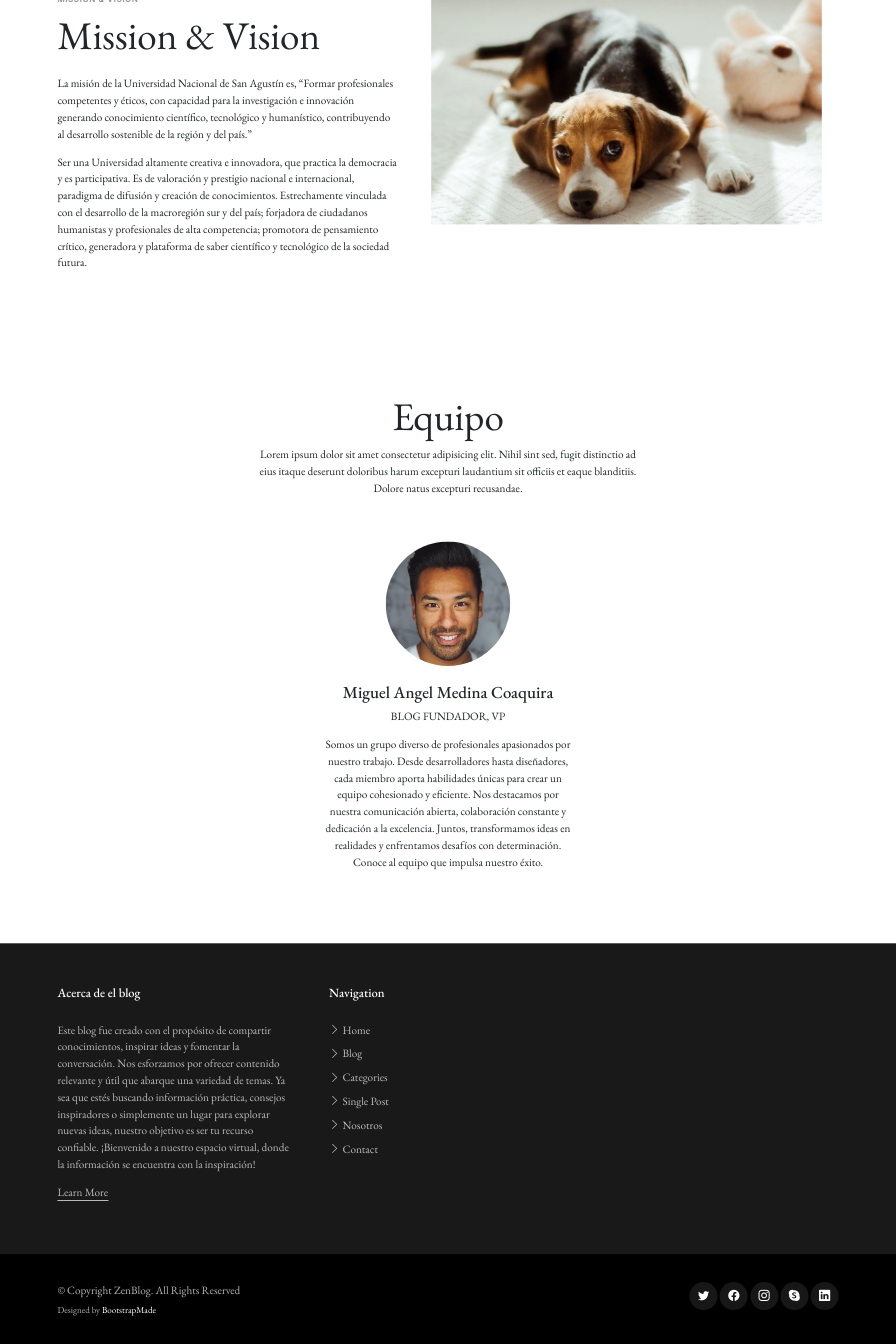
Repository: MiguelDev5/blog-miguel
Page: about.html
The author's editor kept a copy of each file at every save. The page is drawn from the files as they stood at one save, then again after the next save.
The browser window is 1280 px wide. The pictures show the part of the page from y = 772 to 2692 px (the page is 2692 px tall before and 2630 px after), at 70% of full size.
Some web fonts or font styles are not loaded; a fallback is used.

Above is the page before, as saved 2024-01-01 04:26:39.

### about.html
<!DOCTYPE html>
<html lang="en">

<head>
  <meta charset="utf-8">
  <meta content="width=device-width, initial-scale=1.0" name="viewport">

  <title>Blog Miguel - Nosotros</title>
  <meta content="" name="description">
  <meta content="" name="keywords">

  <!-- Favicons -->
  <link href="assets/img/favicon.png" rel="icon">
  <link href="assets/img/apple-touch-icon.png" rel="apple-touch-icon">

  <!-- Google Fonts -->
  <link rel="preconnect" href="https://fonts.googleapis.com">
  <link rel="preconnect" href="https://fonts.gstatic.com" crossorigin>
  <link href="https://fonts.googleapis.com/css2?family=EB+Garamond:wght@400;500&family=Inter:wght@400;500&family=Playfair+Display:ital,wght@0,400;0,700;1,400;1,700&display=swap" rel="stylesheet">

  <!-- Vendor CSS Files -->
  <link href="assets/vendor/bootstrap/css/bootstrap.min.css" rel="stylesheet">
  <link href="assets/vendor/bootstrap-icons/bootstrap-icons.css" rel="stylesheet">
  <link href="assets/vendor/swiper/swiper-bundle.min.css" rel="stylesheet">
  <link href="assets/vendor/glightbox/css/glightbox.min.css" rel="stylesheet">
  <link href="assets/vendor/aos/aos.css" rel="stylesheet">

  <!-- Template Main CSS Files -->
  <link href="assets/css/variables.css" rel="stylesheet">
  <link href="assets/css/main.css" rel="stylesheet">

</head>

<body>

  <!-- ======= Header ======= -->
  <header id="header" class="header d-flex align-items-center fixed-top">
    <div class="container-fluid container-xl d-flex align-items-center justify-content-between">

      <a href="index.html" class="logo d-flex align-items-center">
        <!-- Uncomment the line below if you also wish to use an image logo -->
        <!-- <img src="assets/img/logo.png" alt=""> -->
        <h1>Blog de tecnología</h1>
      </a>

      <nav id="navbar" class="navbar">
        <ul>
          <li><a href="index.html">Blog</a></li>
          <li><a href="single-post.html">Single Post</a></li>
          <li class="dropdown"><a href="category.html"><span>Categories</span> <i class="bi bi-chevron-down dropdown-indicator"></i></a>
            <ul>
              <li><a href="search-result.html">Search Result</a></li>
              <li><a href="#">Drop Down 1</a></li>
              <li class="dropdown"><a href="#"><span>Deep Drop Down</span> <i class="bi bi-chevron-down dropdown-indicator"></i></a>
                <ul>
                  <li><a href="#">Deep Drop Down 1</a></li>
                  <li><a href="#">Deep Drop Down 2</a></li>
                  <li><a href="#">Deep Drop Down 3</a></li>
                  <li><a href="#">Deep Drop Down 4</a></li>
                  <li><a href="#">Deep Drop Down 5</a></li>
                </ul>
              </li>
              <li><a href="#">Drop Down 2</a></li>
              <li><a href="#">Drop Down 3</a></li>
              <li><a href="#">Drop Down 4</a></li>
            </ul>
          </li>

          <li><a href="about.html">About</a></li>
          <li><a href="contact.html">Contact</a></li>
        </ul>
      </nav><!-- .navbar -->

      <div class="position-relative">
        <a href="#" class="mx-2"><span class="bi-facebook"></span></a>
        <a href="#" class="mx-2"><span class="bi-twitter"></span></a>
        <a href="#" class="mx-2"><span class="bi-instagram"></span></a>

        <a href="#" class="mx-2 js-search-open"><span class="bi-search"></span></a>
        <i class="bi bi-list mobile-nav-toggle"></i>

        <!-- ======= Search Form ======= -->
        <div class="search-form-wrap js-search-form-wrap">
          <form action="search-result.html" class="search-form">
            <span class="icon bi-search"></span>
            <input type="text" placeholder="Search" class="form-control">
            <button class="btn js-search-close"><span class="bi-x"></span></button>
          </form>
        </div><!-- End Search Form -->

      </div>

    </div>

  </header><!-- End Header -->

  <main id="main">
    <section>
      <div class="container" data-aos="fade-up">
        <div class="row">
          <div class="col-lg-12 text-center mb-5">
            <h1 class="page-title">Nosotros</h1>
          </div>
        </div>

        <div class="row mb-5">

          <div class="d-md-flex post-entry-2 half">
            <a href="#" class="me-4 thumbnail">
              <img src="assets/img/unsa001.jpg" alt="" class="img-fluid">
            </a>
            <div class="ps-md-5 mt-4 mt-md-0">
              <div class="post-meta mt-4">Nosotros</div>
              <h2 class="mb-4 display-4">UNSA</h2>

              <p>La Universidad Nacional de San Agustín de Arequipa es una Institución de Educación Superior Universitaria de carácter pública. A lo largo de 188 años ha desarrollado en sus integrantes una formación humanista, ética, científica y tecnológica con clara conciencia de nuestro país como realidad multicultural.</p>
              <p>¿Porqué estudiar Ingeniería de Sistemas?
                Es la carrera del presente y el futuro
                La gestión de la información es el recurso más importante de cualquier organización
                El campo de acción laboral es muy amplio
                Si tu decisión es ser empleado, los índices de empleo en el sector TIC son muy altos
                Si tu decisión es formar empresa, tu mercado es a nivel mundial.</p>
            </div>
          </div>

          <div class="d-md-flex post-entry-2 half mt-5">
            <a href="#" class="me-4 thumbnail order-2">
              <img src="assets/img/post-landscape-1.jpg" alt="" class="img-fluid">
            </a>
            <div class="pe-md-5 mt-4 mt-md-0">
              <div class="post-meta mt-4">Mission &amp; Vision</div>
              <h2 class="mb-4 display-4">Mission &amp; Vision</h2>

              <p>La misión de la Universidad Nacional de San Agustín es, “Formar profesionales competentes y éticos, con capacidad para la investigación e innovación generando conocimiento científico, tecnológico y humanístico, contribuyendo al desarrollo sostenible de la región y del país.”</p>
              <p>Ser una Universidad altamente creativa e innovadora, que practica la democracia y es participativa. Es de valoración y prestigio nacional e internacional, paradigma de difusión y creación de conocimientos. Estrechamente vinculada con el desarrollo de la macroregión sur y del país; forjadora de ciudadanos humanistas y profesionales de alta competencia; promotora de pensamiento crítico, generadora y plataforma de saber científico y tecnológico de la sociedad futura.</p>
            </div>
          </div>

        </div>

      </div>
    </section>

    <section>
      <div class="container" data-aos="fade-up">
        <div class="row">
          <div class="col-12 text-center mb-5">
            <div class="row justify-content-center">
              <div class="col-lg-6">
                <h2 class="display-4">Equipo</h2>
                <p>Lorem ipsum dolor sit amet consectetur adipisicing elit. Nihil sint sed, fugit distinctio ad eius itaque deserunt doloribus harum excepturi laudantium sit officiis et eaque blanditiis. Dolore natus excepturi recusandae.</p>
              </div>
            </div>
          </div>
          <div class="col-lg-4 text-center mb-5">

          </div>
          <div class="col-lg-4 text-center mb-5">
            <img src="assets/img/person-2.jpg" alt="" class="img-fluid rounded-circle w-50 mb-4">
            <h4>Miguel Angel Medina Coaquira</h4>
            <span class="d-block mb-3 text-uppercase">Blog fundador, VP</span>
            <p>Somos un grupo diverso de profesionales apasionados por nuestro trabajo. Desde desarrolladores hasta diseñadores, cada miembro aporta habilidades únicas para crear un equipo cohesionado y eficiente. Nos destacamos por nuestra comunicación abierta, colaboración constante y dedicación a la excelencia. Juntos, transformamos ideas en realidades y enfrentamos desafíos con determinación. Conoce al equipo que impulsa nuestro éxito.</p>
          </div>
        </div>
      </div>
    </section>

  </main><!-- End #main -->

  <!-- ======= Footer ======= -->
  <footer id="footer" class="footer">

    <div class="footer-content">
      <div class="container">

        <div class="row g-5">
          <div class="col-lg-4">
            <h3 class="footer-heading">Acerca de el blog</h3>
            <p>Este blog fue creado con el propósito de compartir conocimientos, inspirar ideas y fomentar la conversación. Nos esforzamos por ofrecer contenido relevante y útil que abarque una variedad de temas. Ya sea que estés buscando información práctica, consejos inspiradores o simplemente un lugar para explorar nuevas ideas, nuestro objetivo es ser tu recurso confiable. ¡Bienvenido a nuestro espacio virtual, donde la información se encuentra con la inspiración!</p>
            <p><a href="about.html" class="footer-link-more">Learn More</a></p>
          </div>
          <div class="col-6 col-lg-2">
            <h3 class="footer-heading">Navigation</h3>
            <ul class="footer-links list-unstyled">
              <li><a href="index.html"><i class="bi bi-chevron-right"></i> Home</a></li>
              <li><a href="index.html"><i class="bi bi-chevron-right"></i> Blog</a></li>
              <li><a href="category.html"><i class="bi bi-chevron-right"></i> Categories</a></li>
              <li><a href="single-post.html"><i class="bi bi-chevron-right"></i> Single Post</a></li>
              <li><a href="about.html"><i class="bi bi-chevron-right"></i> Nosotros</a></li>
              <li><a href="contact.html"><i class="bi bi-chevron-right"></i> Contact</a></li>
            </ul>
          </div>



        </div>
      </div>
    </div>

    <div class="footer-legal">
      <div class="container">

        <div class="row justify-content-between">
          <div class="col-md-6 text-center text-md-start mb-3 mb-md-0">
            <div class="copyright">
              © Copyright <strong><span>ZenBlog</span></strong>. All Rights Reserved
            </div>

            <div class="credits">
              <!-- All the links in the footer should remain intact. -->
              <!-- You can delete the links only if you purchased the pro version. -->
              <!-- Licensing information: https://bootstrapmade.com/license/ -->
              <!-- Purchase the pro version with working PHP/AJAX contact form: https://bootstrapmade.com/herobiz-bootstrap-business-template/ -->
              Designed by <a href="https://bootstrapmade.com/">BootstrapMade</a>
            </div>

          </div>

          <div class="col-md-6">
            <div class="social-links mb-3 mb-lg-0 text-center text-md-end">
              <a href="#" class="twitter"><i class="bi bi-twitter"></i></a>
              <a href="#" class="facebook"><i class="bi bi-facebook"></i></a>
              <a href="#" class="instagram"><i class="bi bi-instagram"></i></a>
              <a href="#" class="google-plus"><i class="bi bi-skype"></i></a>
              <a href="#" class="linkedin"><i class="bi bi-linkedin"></i></a>
            </div>

          </div>

        </div>

      </div>
    </div>

  </footer>

  <a href="#" class="scroll-top d-flex align-items-center justify-content-center"><i class="bi bi-arrow-up-short"></i></a>

  <!-- Vendor JS Files -->
  <script src="assets/vendor/bootstrap/js/bootstrap.bundle.min.js"></script>
  <script src="assets/vendor/swiper/swiper-bundle.min.js"></script>
  <script src="assets/vendor/glightbox/js/glightbox.min.js"></script>
  <script src="assets/vendor/aos/aos.js"></script>
  <script src="assets/vendor/php-email-form/validate.js"></script>

  <!-- Template Main JS File -->
  <script src="assets/js/main.js"></script>

</body>

</html>

### assets/css/variables.css
/**
* Template Name: ZenBlog
* File: variables.css
* Description: Easily customize colors, typography, and other repetitive properties used in the template main stylesheet file main.css
*
* Template URL: https://bootstrapmade.com/zenblog-bootstrap-blog-template/
* Author: BootstrapMade.com
* License: https://bootstrapmade.com/license/
*
* Contents:
* 1. ZenBlog template variables
* 2. Override default Bootstrap variables
* 3. Set color and background class names
*
* Learn more about CSS variables at https://developer.mozilla.org/en-US/docs/Web/CSS/Using_CSS_custom_properties
*/

/*--------------------------------------------------------------
# 1. ZenBlog template variables
--------------------------------------------------------------*/
:root {

  /* Fonts */
  --font-default: 'EB Garamond', system-ui, -apple-system, "Segoe UI", Roboto, "Helvetica Neue", Arial, "Noto Sans", "Liberation Sans", sans-serif, "Apple Color Emoji", "Segoe UI Emoji", "Segoe UI Symbol", "Noto Color Emoji";
  --font-primary: 'EB Garamond', serif; /*'Playfair Display', serif;*/
  --font-secondary: 'Inter', sans-serif;

  /* Colors */
  /* The *-rgb color names are simply the RGB converted value of the corresponding color for use in the rgba() function */

  /* Default text color */
  --color-default: #212529;
  --color-default-rgb: 33, 37, 41;

  /* Defult links color */
  --color-links: #212529;
  --color-links-hover: #15171a;

  /* Primay colors */
  --color-primary: #212529;
  --color-primary-light: #26282c;
  --color-primary-dark: #0b0c0e;

  --color-primary-rgb: 33, 37, 41;
  --color-primary-light-rgb: 38, 40, 44;
  --color-primary-dark-rgb: 11, 12, 14;

  /* Secondary colors */
  --color-secondary: #596d80;
  --color-secondary-light: #8498aa;
  --color-secondary-dark: #404f5c;

  --color-secondary-rgb: 89, 109, 128;
  --color-secondary-light-rgb: 132, 152, 170;
  --color-secondary-dark-rgb: 64, 79, 92;

  /* General colors */
  --color-blue: #0d6efd;
  --color-blue-rgb: 13, 110, 253;

  --color-indigo: #6610f2;
  --color-indigo-rgb: 102, 16, 242;

  --color-purple: #6f42c1;
  --color-purple-rgb: 111, 66, 193;

  --color-pink: #f3268c;
  --color-pink-rgb: 243, 38, 140;

  --color-red: #df1529;
  --color-red-rgb: 223, 21, 4;

  --color-orange: #fd7e14;
  --color-orange-rgb: 253, 126, 20;

  --color-yellow: #ffc107;
  --color-yellow-rgb: 255, 193, 7;

  --color-green: #059652;
  --color-green-rgb: 5, 150, 82;

  --color-teal: #20c997;
  --color-teal-rgb: 32, 201, 151;

  --color-cyan: #0dcaf0;
  --color-cyan-rgb: 13, 202, 240;

  --color-white: #ffffff;
  --color-white-rgb: 255, 255, 255;

  --color-gray: #6c757d;
  --color-gray-rgb: 108, 117, 125;

  --color-black: #000000;
  --color-black-rgb: 0, 0, 0;
}

/*--------------------------------------------------------------
# 2. Override default Bootstrap variables
--------------------------------------------------------------*/
:root {
  --bs-blue: var(--color-blue);
  --bs-indigo: var(--color-indigo);
  --bs-purple: var(--color-purple);
  --bs-pink: var(--color-pink);
  --bs-red: var(--color-red);
  --bs-orange: var(--color-orange);
  --bs-yellow: var(--color-yellow);
  --bs-green: var(--color-green);
  --bs-teal: var(--color-teal);
  --bs-cyan: var(--color-cyan);
  --bs-white: var(--color-white);
  --bs-gray: var(--color-gray);
  --bs-gray-dark: #343a40;
  --bs-gray-100: #f8f9fa;
  --bs-gray-200: #e9ecef;
  --bs-gray-300: #dee2e6;
  --bs-gray-400: #ced4da;
  --bs-gray-500: #adb5bd;
  --bs-gray-600: #6c757d;
  --bs-gray-700: #495057;
  --bs-gray-800: #343a40;
  --bs-gray-900: #212529;
  --bs-primary: var(--color-blue);
  --bs-secondary: var(--color-blue);
  --bs-success: #198754;
  --bs-info: #0dcaf0;
  --bs-warning: #ffc107;
  --bs-danger: #dc3545;
  --bs-light: #f8f9fa;
  --bs-dark: #212529;
  --bs-primary-rgb: var(--color-primary-rgb);
  --bs-secondary-rgb: var(--color-secondary-rgb);
  --bs-success-rgb: 25, 135, 84;
  --bs-info-rgb: 13, 202, 240;
  --bs-warning-rgb: 255, 193, 7;
  --bs-danger-rgb: 220, 53, 69;
  --bs-light-rgb: 248, 249, 250;
  --bs-dark-rgb: 33, 37, 41;
  --bs-white-rgb: var(--color-white-rgb);
  --bs-black-rgb: var(--color-black-rgb);
  --bs-body-color-rgb: var(--color-default-rgb);
  --bs-body-bg-rgb: 255, 255, 255;
  --bs-font-sans-serif: var(--font-default);
  --bs-font-monospace: SFMono-Regular, Menlo, Monaco, Consolas, "Liberation Mono", "Courier New", monospace;
  --bs-gradient: linear-gradient(180deg, rgba(255, 255, 255, 0.15), rgba(255, 255, 255, 0));
  --bs-body-font-family: var(--font-default);
  --bs-body-font-size: 1rem;
  --bs-body-font-weight: 400;
  --bs-body-line-height: 1.5;
  --bs-body-color: var(--color-default);
  --bs-body-bg: #fff;
}

/*--------------------------------------------------------------
# 3. Set color and background class names
--------------------------------------------------------------*/
/* Fonts */
.font-default { font-family: var(--font-default) !important; }
.font-primary { font-family: var(--font-primary) !important;}
.font-secondary { font-family: var(--font-secondary) !important; }

/* Text Colors */
.color-default { color: var(--color-default) !important; }
.color-links { color: var(--color-links) !important; }
.color-links:hover { color: var(--color-links-hover) !important; }
.color-primary { color: var(--color-primary) !important; }
.color-primary-light { color: var(--color-primary-light) !important; }
.color-primary-dark { color: var(--color-primary-dark) !important; }
.color-secondary { color: var(--color-secondary) !important; }
.color-secondary-light { color: var(--color-secondary-light) !important; }
.color-secondary-dark { color: var(--color-secondary-dark) !important; }
.color-blue { color: var(--color-blue) !important; }
.color-indigo { color: var(--color-indigo) !important; }
.color-purple { color: var(--color-purple) !important; }
.color-pink { color: var(--color-pink) !important; }
.color-red { color: var(--color-red) !important; }
.color-orange { color: var(--color-orange) !important; }
.color-yellow { color: var(--color-yellow) !important; }
.color-green { color: var(--color-green) !important; }
.color-teal { color: var(--color-teal) !important; }
.color-cyan { color: var(--color-cyan) !important; }
.color-white { color: var(--color-white) !important; }
.color-gray { color: var(--color-gray) !important; }
.color-black { color: var(--color-black) !important; }

/* Background Colors */
.bg-default { background-color: var(--color-default) !important; }
.bg-primary { background-color: var(--color-primary) !important; }
.bg-primary-light { background-color: var(--color-primary-light) !important; }
.bg-primary-dark { background-color: var(--color-primary-dark) !important; }
.bg-secondary { background-color: var(--color-secondary) !important; }
.bg-secondary-light { background-color: var(--color-secondary-light) !important; }
.bg-secondary-dark { background-color: var(--color-secondary-dark) !important; }
.bg-blue { background-color: var(--color-blue) !important; }
.bg-indigo { background-color: var(--color-indigo) !important; }
.bg-purple { background-color: var(--color-purple) !important; }
.bg-pink { background-color: var(--color-pink) !important; }
.bg-red { background-color: var(--color-red) !important; }
.bg-orange { background-color: var(--color-orange) !important; }
.bg-yellow { background-color: var(--color-yellow) !important; }
.bg-green { background-color: var(--color-green) !important; }
.bg-teal { background-color: var(--color-teal) !important; }
.bg-cyan { background-color: var(--color-cyan) !important; }
.bg-white { background-color: var(--color-white) !important; }
.bg-gray { background-color: var(--color-gray) !important; }
.bg-black { background-color: var(--color-black) !important; }

Loaded but not shown: assets/vendor/bootstrap/css/bootstrap.min.css (library); assets/vendor/bootstrap-icons/bootstrap-icons.css (library); assets/vendor/swiper/swiper-bundle.min.css (library); assets/vendor/glightbox/css/glightbox.min.css (library); assets/vendor/aos/aos.css (library); assets/vendor/bootstrap/js/bootstrap.bundle.min.js (library); assets/vendor/swiper/swiper-bundle.min.js (library); assets/vendor/glightbox/js/glightbox.min.js (library); assets/vendor/aos/aos.js (library); assets/vendor/php-email-form/validate.js (common file); assets/js/main.js (154 lines, source omitted); assets/css/main.css (1300 lines, source omitted)

After the next save:
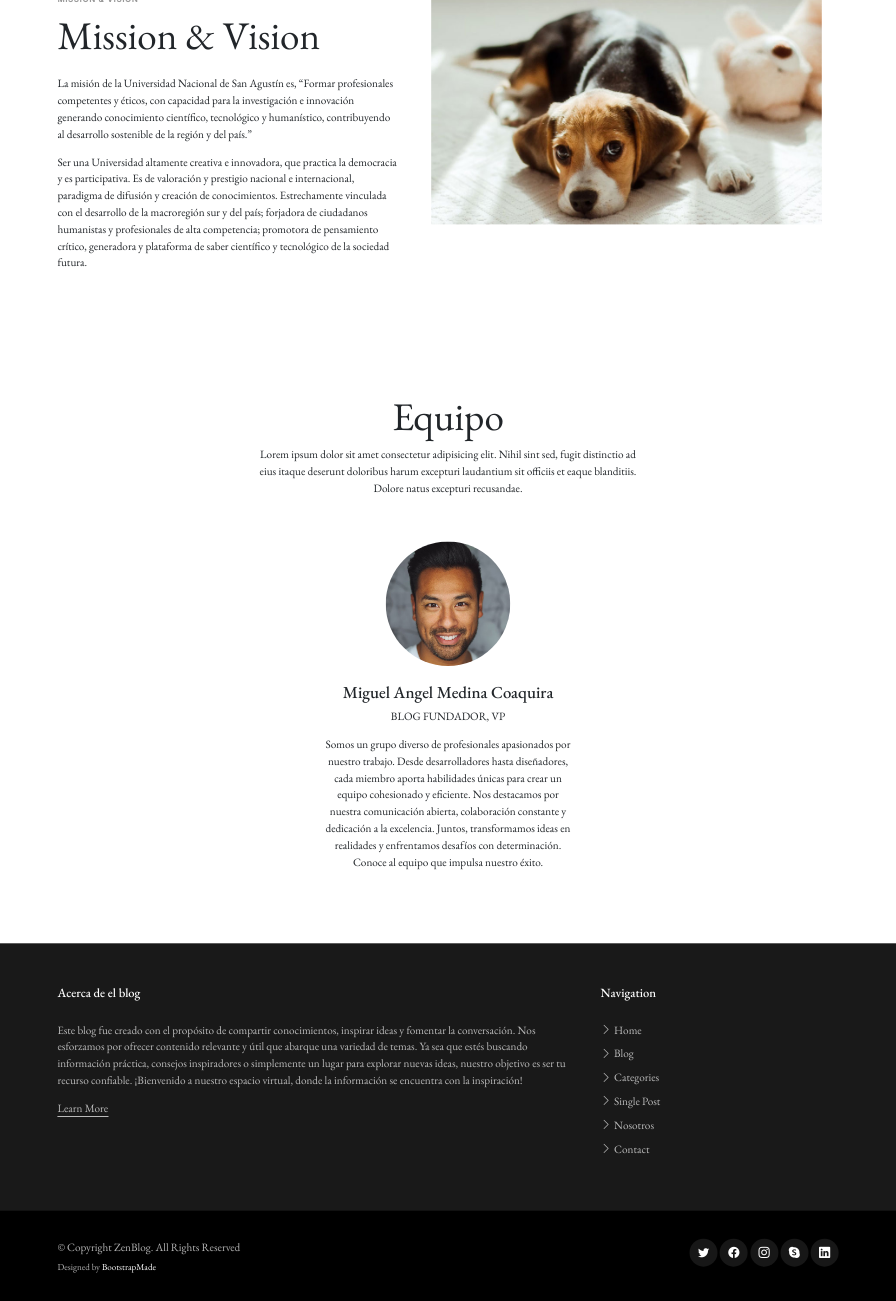
Saved 26 s later.
--- a/about.html
+++ b/about.html
@@ -174,7 +174,7 @@
       <div class="container">
 
         <div class="row g-5">
-          <div class="col-lg-4">
+          <div class="col-lg-8">
             <h3 class="footer-heading">Acerca de el blog</h3>
             <p>Este blog fue creado con el propósito de compartir conocimientos, inspirar ideas y fomentar la conversación. Nos esforzamos por ofrecer contenido relevante y útil que abarque una variedad de temas. Ya sea que estés buscando información práctica, consejos inspiradores o simplemente un lugar para explorar nuevas ideas, nuestro objetivo es ser tu recurso confiable. ¡Bienvenido a nuestro espacio virtual, donde la información se encuentra con la inspiración!</p>
             <p><a href="about.html" class="footer-link-more">Learn More</a></p>
